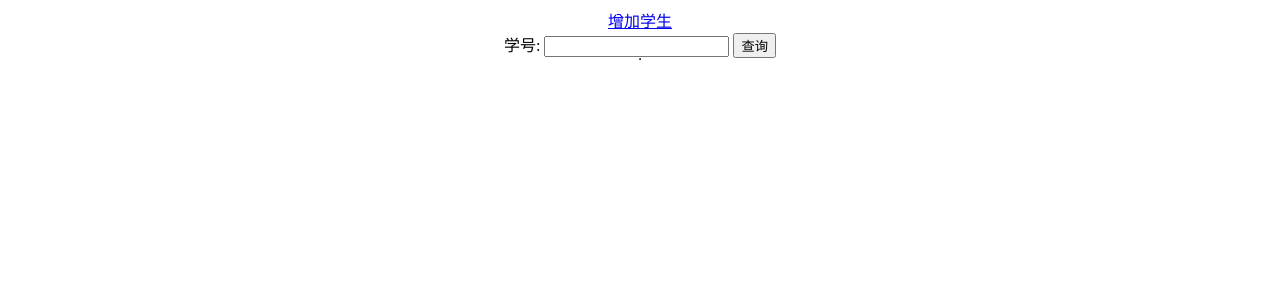
Repository: Aether/HIT-SE-project1-ATM
Page: http://localhost/hit/index.jsp
The author's editor kept a copy of each file at every save. The page is drawn from the files as they stood at one save, then again after the next save.
The browser window is 1280 px wide. The pictures show the whole page.
The page is served by Tomcat 9. Queries for data that is not in the repository find no rows.

Above is the page before, as saved 2018-04-01 07:06:58.

After the next save:
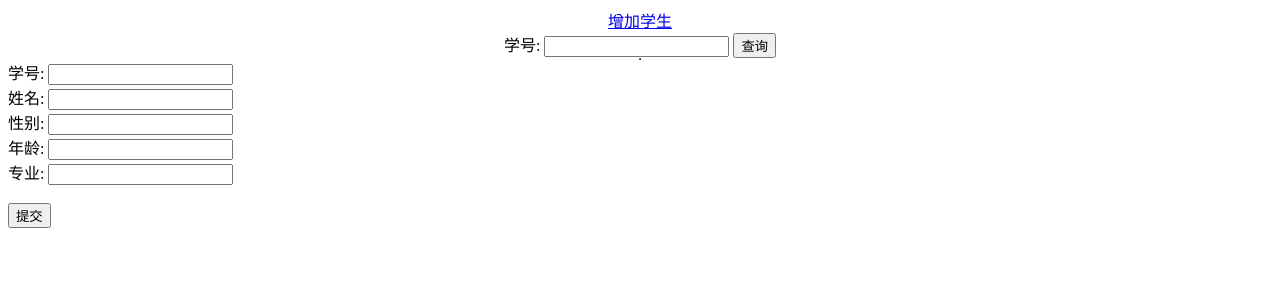
Saved 27 s later.
--- a/JavaEE/hit/WebContent/index.jsp
+++ b/JavaEE/hit/WebContent/index.jsp
@@ -47,11 +47,11 @@
 		major = rs.getString(5);
 	%>
 	  <tr>
-	  <td id="stuid"><%=id%></td>
+	   <td style="display:none;" id="stuid"><%=id%></td>
 	   <td><%=id%></td>
-        <td><%=name%></td>
+       <td><%=name%></td>
 	   <td><%=sex%></td>
-        <td><%=age%></td>
+       <td><%=age%></td>
 	   <td><%=major%></td>
 	   <td><a href="modify.jsp">修改</a></td>
 	   <td><a href="?" onclick="javascript:return del()">删除</a></td>
@@ -61,6 +61,21 @@
 	mySQL.close();
 %>
 </table>
+<form id="form_addstuinfo" name="form_addstuinfo" method="post" action="MyServlet">
+<input type="hidden" name="input" value="add"/>
+学号:
+<input type="text" name="sdfid">
+<br> 姓名:
+<input type="text" name="name">
+<br> 性别:
+<input type="text" name="sex">
+<br> 年龄:
+<input type="text" name="age">
+<br> 专业:
+<input type="text" name="major">
+<br><br>
+<input type="submit" value="提交">
+</form>
 
 <script language="javascript">
 function del() {
@@ -68,7 +83,7 @@ function del() {
 	 if (confirm(msg)) {
 		 //TODO:sdf
 		 //mySQL.executeQuery("delete from student where id = "+id);
-		document.getElementById("stuid").innerHTML="我的第一段 JavaScript";
+		var s = document.getElementById("stuid");
 		return true;
 	 }
 	 else return false;
